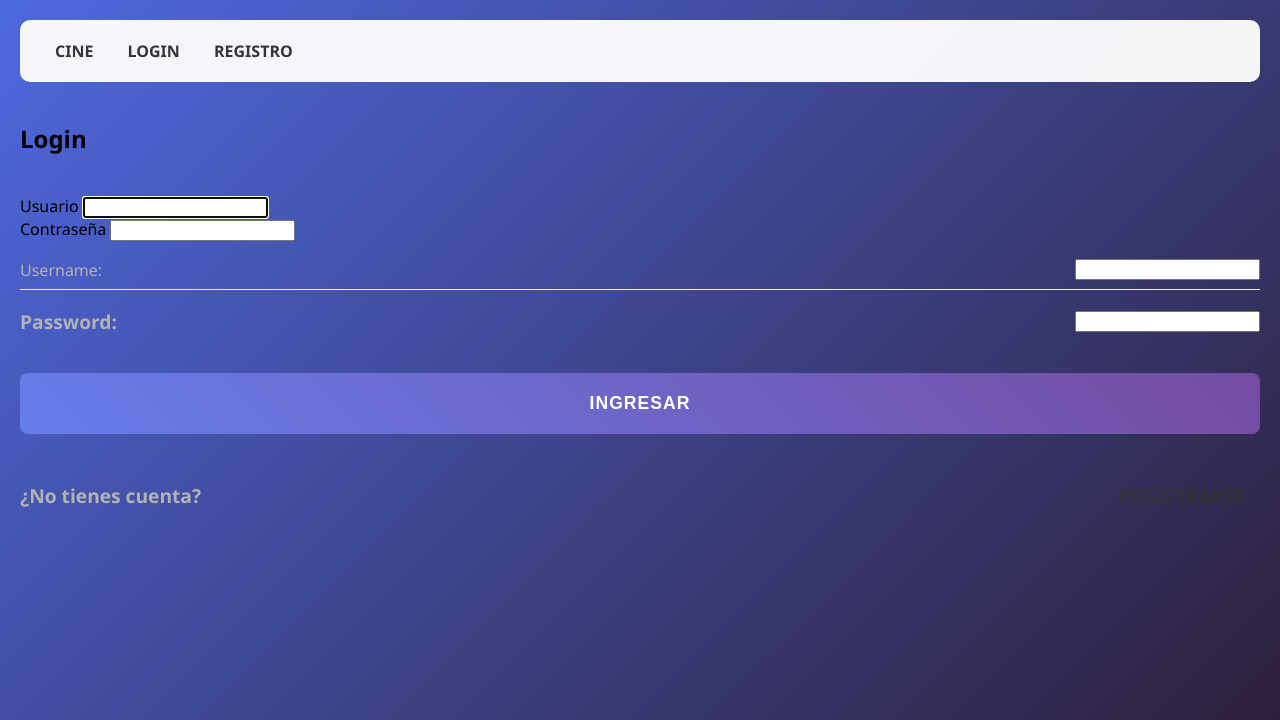
Repository: RoyScc/Practico-Django
Page: http://localhost/login/
The author's editor kept a copy of each file at every save. The page is drawn from the files as they stood at one save, then again after the next save.
The browser window is 1280 px wide. The pictures show the whole page.
The page is served by the project's application, run on Django 5.2 (manage.py).

Above is the page before, as saved 2026-05-27 08:55:54.

After the next save:
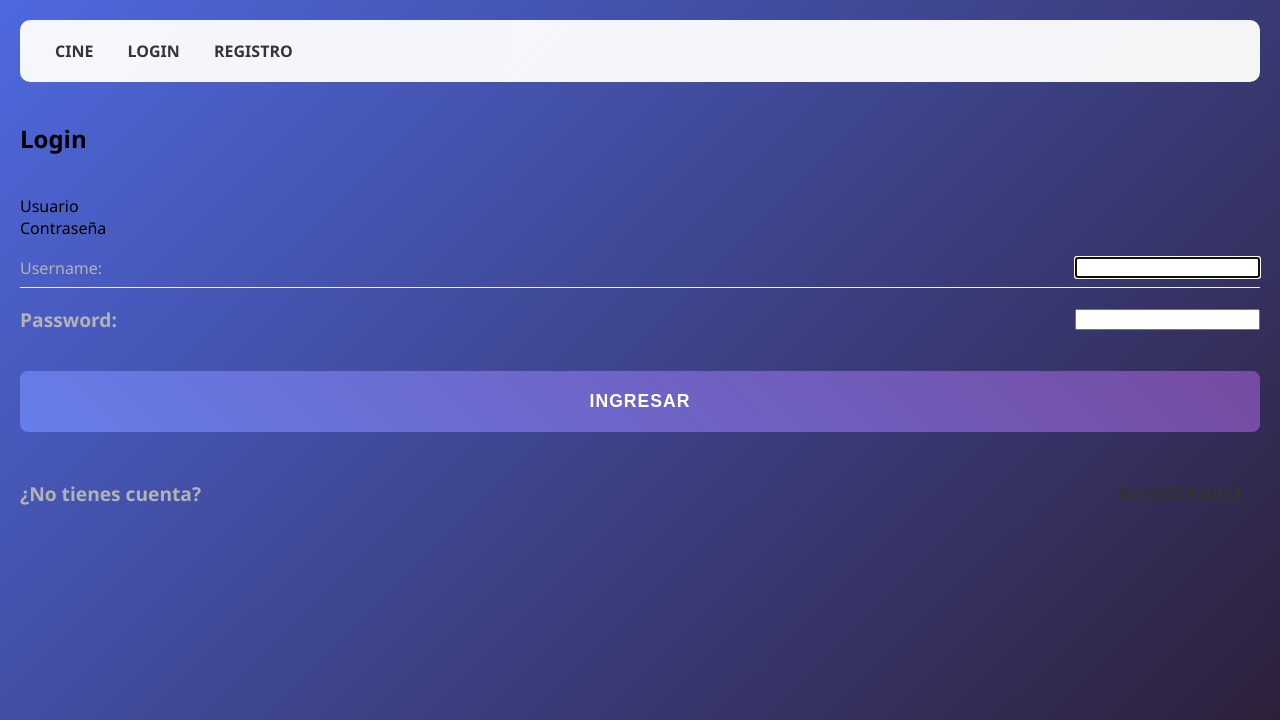
Saved 25 s later.
--- a/tickets/templates/tickets/login.html
+++ b/tickets/templates/tickets/login.html
@@ -7,14 +7,14 @@
 <form method="POST">
     <div class="form-group">
         <label>Usuario</label>
-        {{ form.username }}
+        {% csrf_token %}
     </div>
     <div class="form-group">
         <label>Contraseña</label>
-        {{ form.password }}
+        {{ form.as_p }}
     </div>
-    {% csrf_token %}
-    {{ form.as_p }}
+
+
 
     <button type="submit">Ingresar</button>
 </form>
